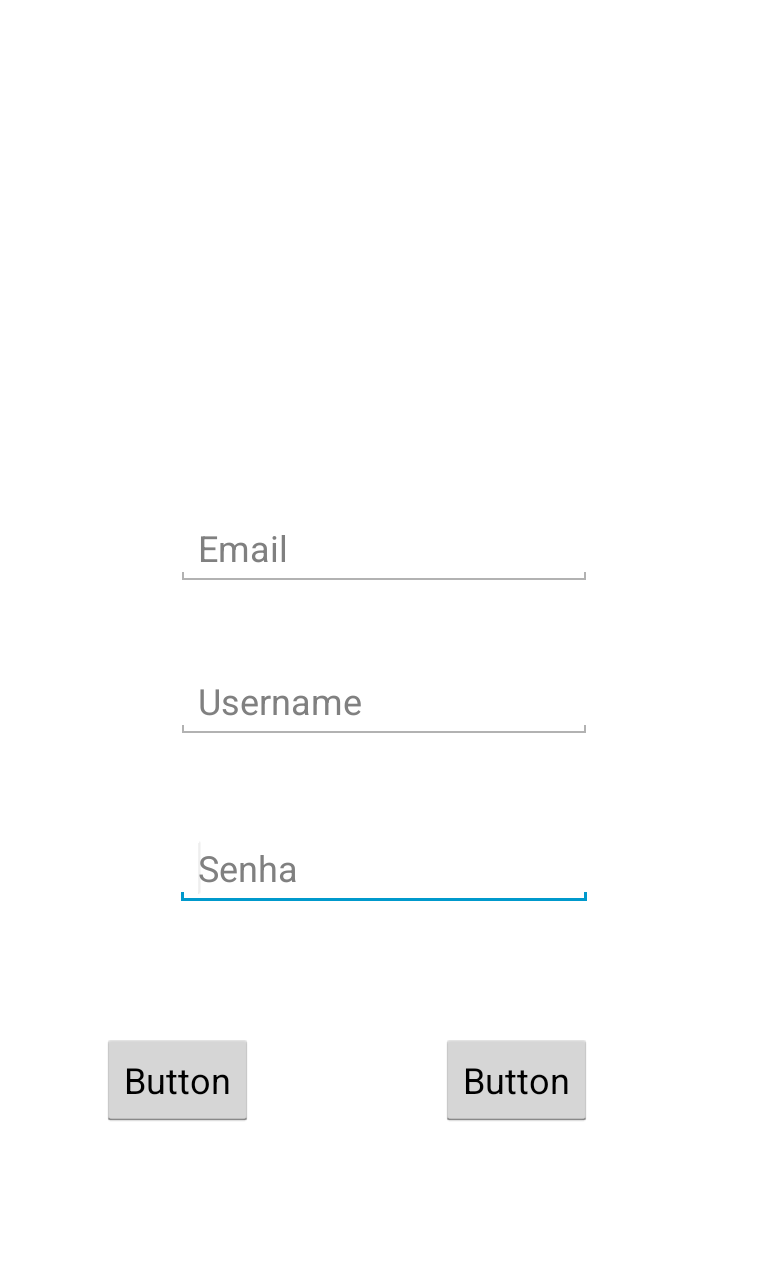
Repository: sergiofffilho/TrocandoIdeias
Layout: workspace/TrocandoIdeias/res/layout/activity_cadastro.xml
The author's editor kept a copy of each file at every save. The layout is drawn from the files as they stood at one save, then again after the next save.
It is drawn on a 768 x 1280 px phone screen (xhdpi) without system bars, with theme AppTheme; the app's code is not run. The app's manifest (not shown) leaves right-to-left support off. So textAlignment, textDirection and layoutDirection are ignored, and left and right values win over start and end ones.

Above is the layout before, as saved 2015-04-25 16:19:25.

### workspace/TrocandoIdeias/res/layout/activity_cadastro.xml
<RelativeLayout xmlns:android="http://schemas.android.com/apk/res/android"
    xmlns:tools="http://schemas.android.com/tools"
    android:layout_width="match_parent"
    android:layout_height="match_parent"
    android:paddingBottom="@dimen/activity_vertical_margin"
    android:paddingLeft="@dimen/activity_horizontal_margin"
    android:paddingRight="@dimen/activity_horizontal_margin"
    android:paddingTop="@dimen/activity_vertical_margin"
    tools:context="ufc.quixada.trocandoideias.Cadastro" >

    <Button
        android:id="@+id/button1"
        android:layout_width="wrap_content"
        android:layout_height="wrap_content"
        android:layout_alignParentBottom="true"
        android:layout_alignParentLeft="true"
        android:layout_marginBottom="60dp"
        android:layout_marginLeft="34dp"
        android:text="Button" />

    <Button
        android:id="@+id/button2"
        android:layout_width="wrap_content"
        android:layout_height="wrap_content"
        android:layout_alignBaseline="@+id/button1"
        android:layout_alignBottom="@+id/button1"
        android:layout_alignEnd="@+id/button1"
        android:layout_alignRight="@+id/editText3"
        android:text="Button" />

    <EditText
        android:id="@+id/editText2"
        android:layout_width="wrap_content"
        android:layout_height="wrap_content"
        android:layout_above="@+id/editText3"
        android:layout_centerHorizontal="true"
        android:layout_marginBottom="44dp"
        android:ems="10"
        android:hint="@string/usernameCadastro" />

    <EditText
        android:id="@+id/editText1"
        android:layout_width="wrap_content"
        android:layout_height="wrap_content"
        android:layout_above="@+id/editText2"
        android:layout_centerHorizontal="true"
        android:layout_marginBottom="37dp"
        android:ems="10"
        android:hint="@string/email"
        android:inputType="textEmailAddress" />

    <EditText
        android:id="@+id/editText3"
        android:layout_width="wrap_content"
        android:layout_height="wrap_content"
        android:layout_above="@+id/button1"
        android:layout_alignStart="@+id/editText2"
        android:layout_marginBottom="62dp"
        android:ems="10"
        android:hint="@string/senha" >

        <requestFocus />
    </EditText>

</RelativeLayout>

### workspace/TrocandoIdeias/res/values/strings.xml
<?xml version="1.0" encoding="utf-8"?>
<resources>

    <string name="app_name">TrocandoIdeias</string>
    <string name="hello_world">Hello world!</string>
    <string name="action_settings">Settings</string>
    <string name="username">Email ou Username</string>
    <string name="email">Email</string>
    <string name="usernameCadastro">Username</string>
    <string name="senha">Senha</string>
    <string name="logar">Logar</string>
    <string name="cadastrar">Novo Usuário</string>
    <string name="facebook">Logar com Facebook</string>
    <string name="title_activity_cadastro">Cadastro</string>

</resources>

Loaded but not shown: workspace/TrocandoIdeias/res/values/styles.xml (common file); workspace/TrocandoIdeias/res/values-v11/styles.xml (common file); workspace/TrocandoIdeias/res/values-v14/styles.xml (common file); workspace/TrocandoIdeias/res/values/dimens.xml (common file); workspace/TrocandoIdeias/res/values-w820dp/dimens.xml (common file)

After the next save:
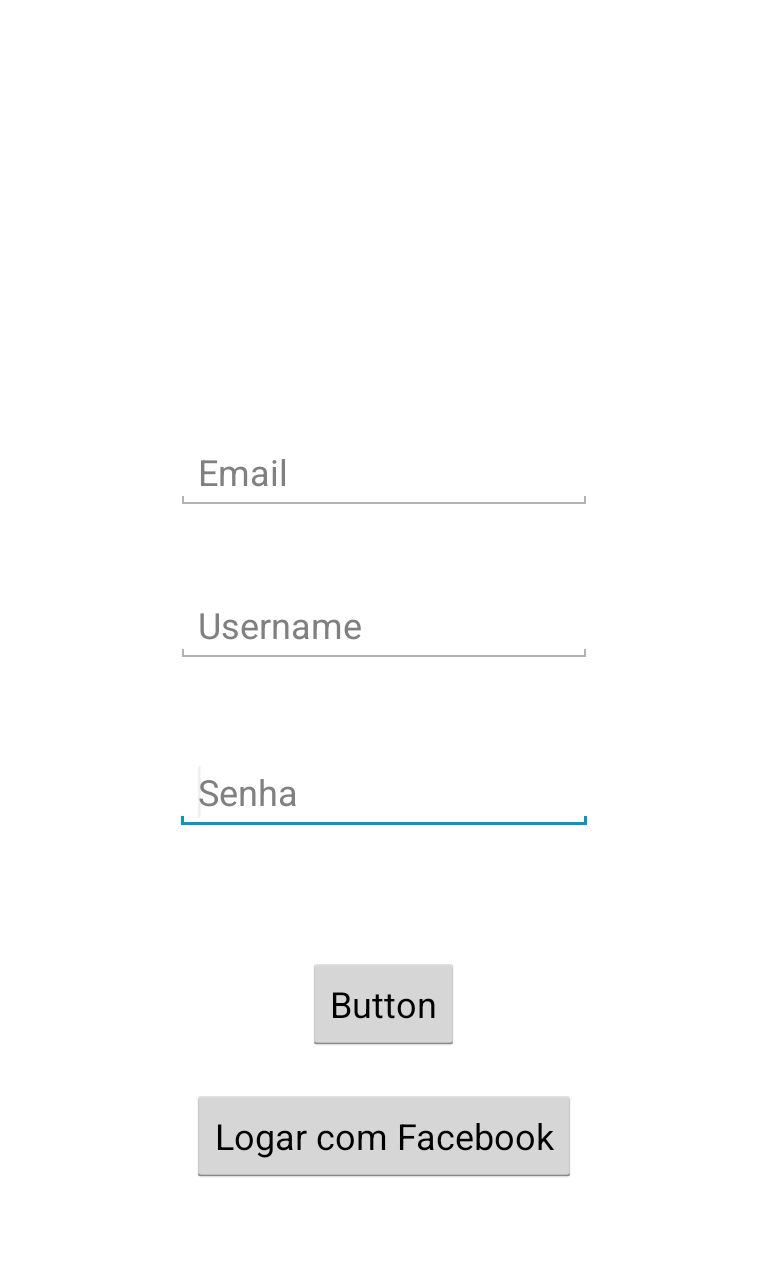
Saved 61 s later.
--- a/workspace/TrocandoIdeias/res/layout/activity_cadastro.xml
+++ b/workspace/TrocandoIdeias/res/layout/activity_cadastro.xml
@@ -7,26 +7,6 @@
     android:paddingRight="@dimen/activity_horizontal_margin"
     android:paddingTop="@dimen/activity_vertical_margin"
     tools:context="ufc.quixada.trocandoideias.Cadastro" >
-
-    <Button
-        android:id="@+id/button1"
-        android:layout_width="wrap_content"
-        android:layout_height="wrap_content"
-        android:layout_alignParentBottom="true"
-        android:layout_alignParentLeft="true"
-        android:layout_marginBottom="60dp"
-        android:layout_marginLeft="34dp"
-        android:text="Button" />
-
-    <Button
-        android:id="@+id/button2"
-        android:layout_width="wrap_content"
-        android:layout_height="wrap_content"
-        android:layout_alignBaseline="@+id/button1"
-        android:layout_alignBottom="@+id/button1"
-        android:layout_alignEnd="@+id/button1"
-        android:layout_alignRight="@+id/editText3"
-        android:text="Button" />
 
     <EditText
         android:id="@+id/editText2"
@@ -62,4 +42,22 @@
         <requestFocus />
     </EditText>
 
+    <Button
+        android:id="@+id/button1"
+        android:layout_width="wrap_content"
+        android:layout_height="wrap_content"
+        android:layout_alignParentBottom="true"
+        android:layout_centerHorizontal="true"
+        android:layout_marginBottom="98dp"
+        android:text="Button" />
+
+    <Button
+        android:id="@+id/button2"
+        android:layout_width="wrap_content"
+        android:layout_height="wrap_content"
+        android:layout_alignParentBottom="true"
+        android:layout_centerHorizontal="true"
+        android:layout_marginBottom="32dp"
+        android:text="@string/facebook" />
+
 </RelativeLayout>
